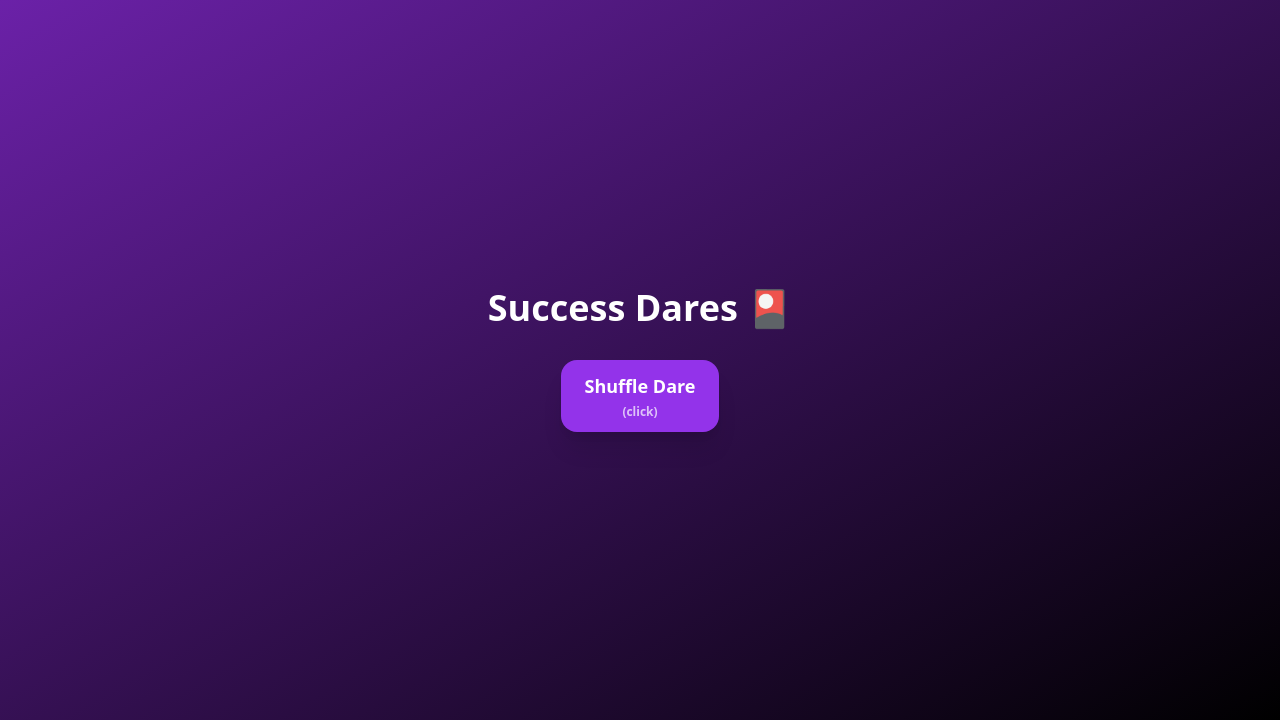
Repository: Thebilliontech/wheel-game
Page: /
The author's editor kept a copy of each file at every save. The page is drawn from the files as they stood at one save, then again after the next save.
The browser window is 1280 px wide. The pictures show the whole page.
The project was rebuilt for these pictures with package versions that can differ from the ones it lists, and the page was loaded fresh each time. Also part of the build but not shown: vite.config.js.

Above is the page before, as saved 2025-11-27 03:11:27.

After the next save:
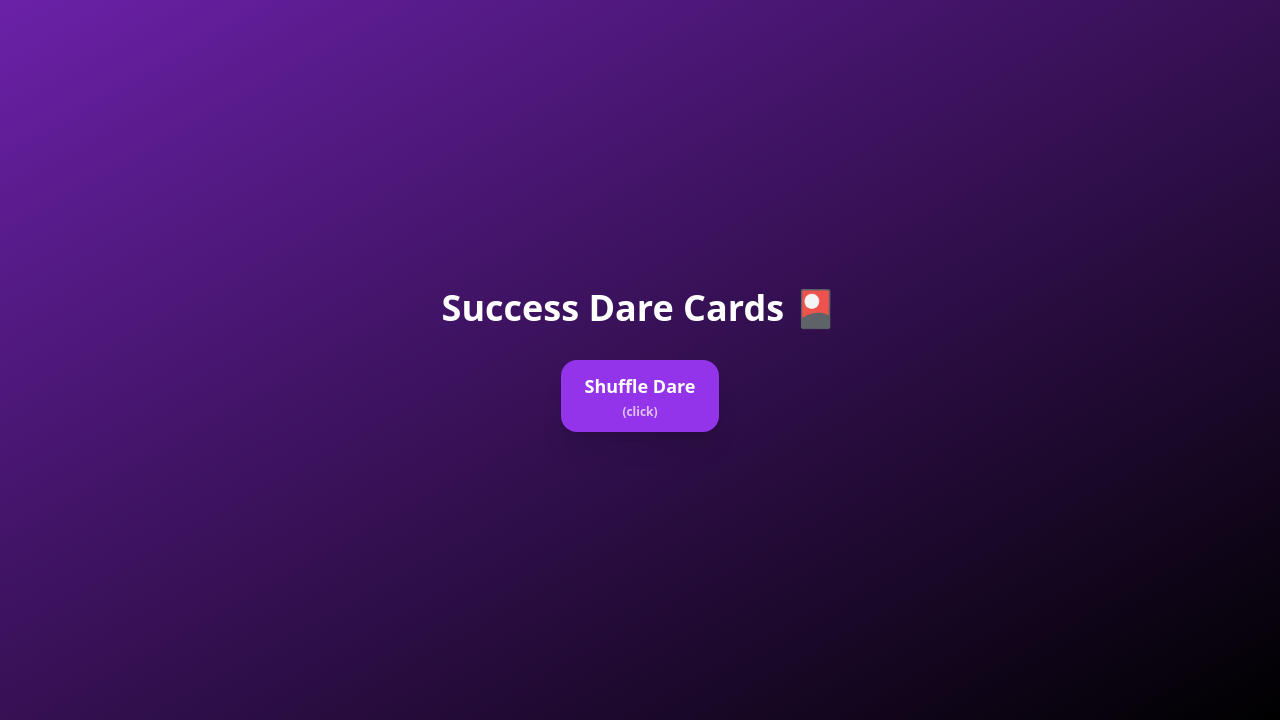
Saved 9 s later.
--- a/src/App.jsx
+++ b/src/App.jsx
@@ -127,7 +127,7 @@ export default function DareCardGame() {
         animate={{ opacity: 1, y: 0 }}
         className="text-4xl font-bold mb-8 text-center"
       >
-        Success Dares 🎴
+        Success Dare Cards 🎴
       </motion.h1>
 
       {/* SHUFFLE BUTTON */}
